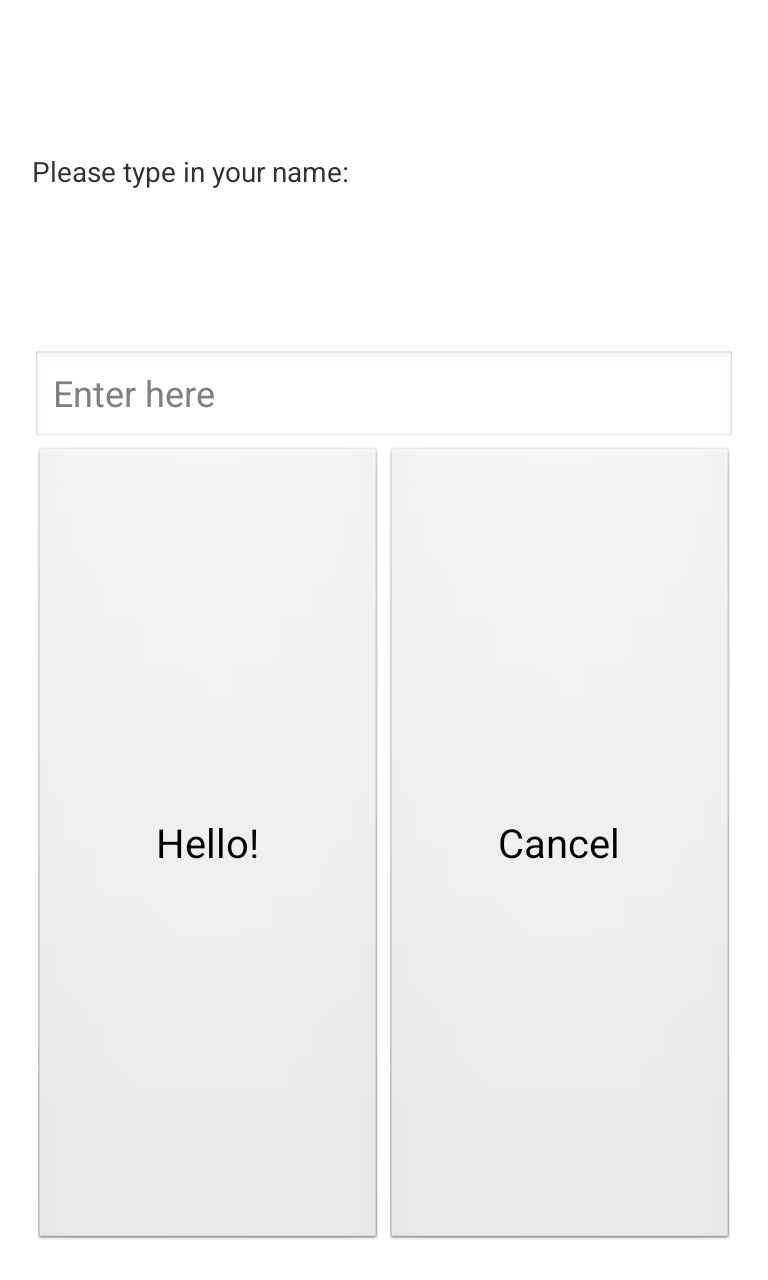
Repository: echolomaniac/HelloWorld
Layout: HelloWorld/res/layout/fragment_main.xml
An editor plug-in stored every save of this project. The layout is shown before and after the next save, followed by the edit.
It is drawn on a 768 x 1280 px phone screen (xhdpi) without system bars, with theme android:Theme.Light.NoTitleBar; the app's code is not run.

Above is the layout before, as saved 2014-05-06 06:53:38.

After the next save:
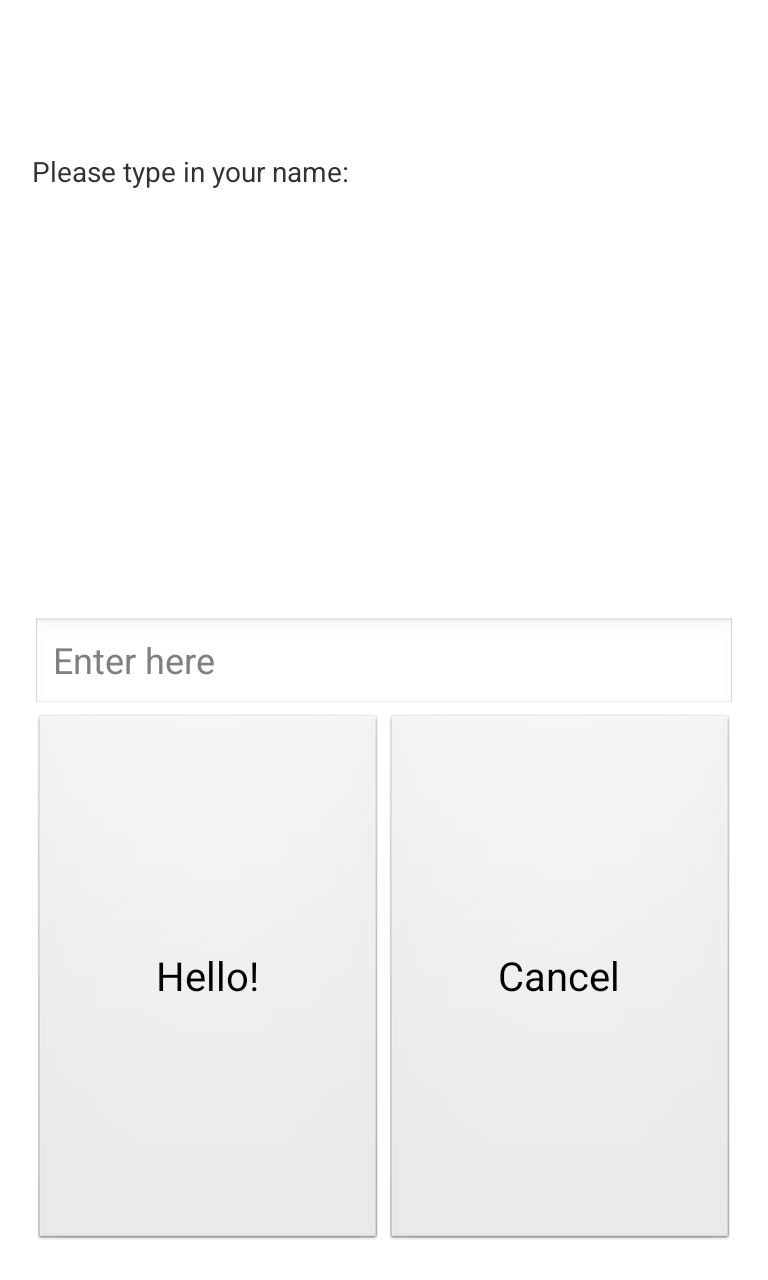
Saved 15 s later.
--- a/HelloWorld/res/layout/fragment_main.xml
+++ b/HelloWorld/res/layout/fragment_main.xml
@@ -19,6 +19,7 @@
             android:id="@+id/textView1"
             android:layout_width="wrap_content"
             android:layout_height="wrap_content"
+            android:layout_weight="0.25"
             android:layout_marginTop="60dp"
             android:text="@string/enter_name" />
 
